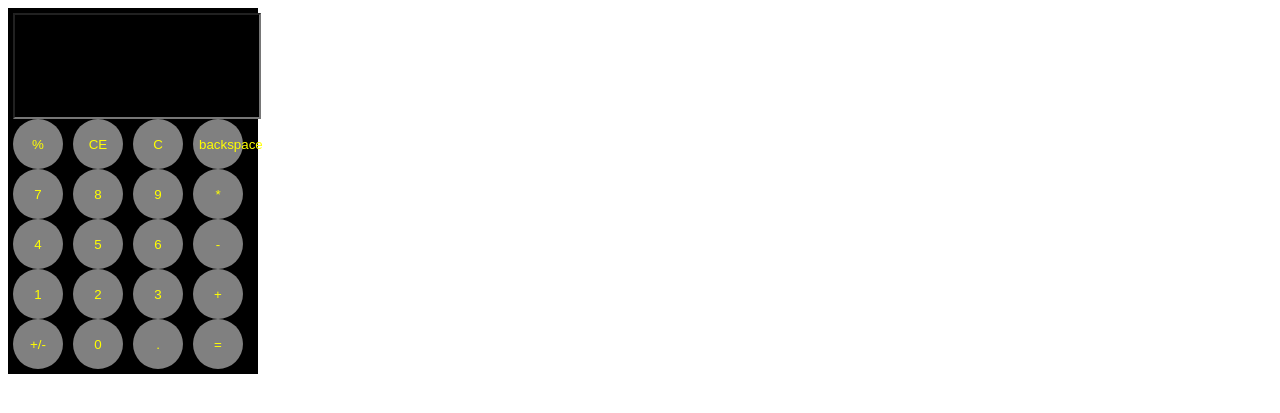
Repository: kirtivaishya/calculator
Page: index.html
These files come from the project's save history. The page is drawn as it stood at one moment and after the next save; the edit follows.
The browser window is 1280 px wide. The pictures show the whole page.
The style sheet was rebuilt from its Sass, Less or Tailwind sources for each picture, by a compiler version that may differ from the author's.

Above is the page before, as saved 2021-10-15 11:39:30.
Console error: ReferenceError: button is not defined

After the next save:
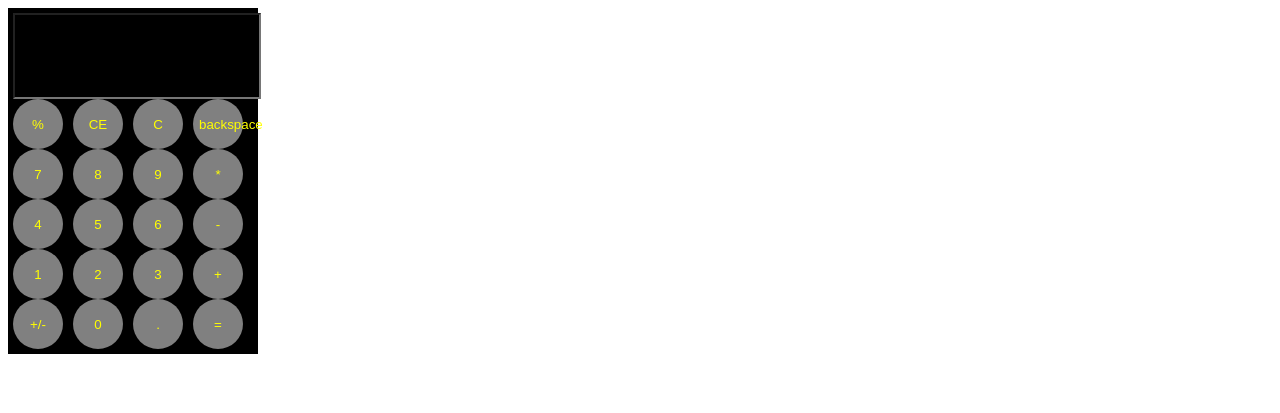
Saved 10 s later.
--- a/css/component.scss
+++ b/css/component.scss
@@ -12,7 +12,7 @@ section{
 input{
     width: 100%;
     background-color: black;
-    height: 100px;
+    height: 80px;
 }
 // .firstrow {
 //     grid-area: firstrow;
